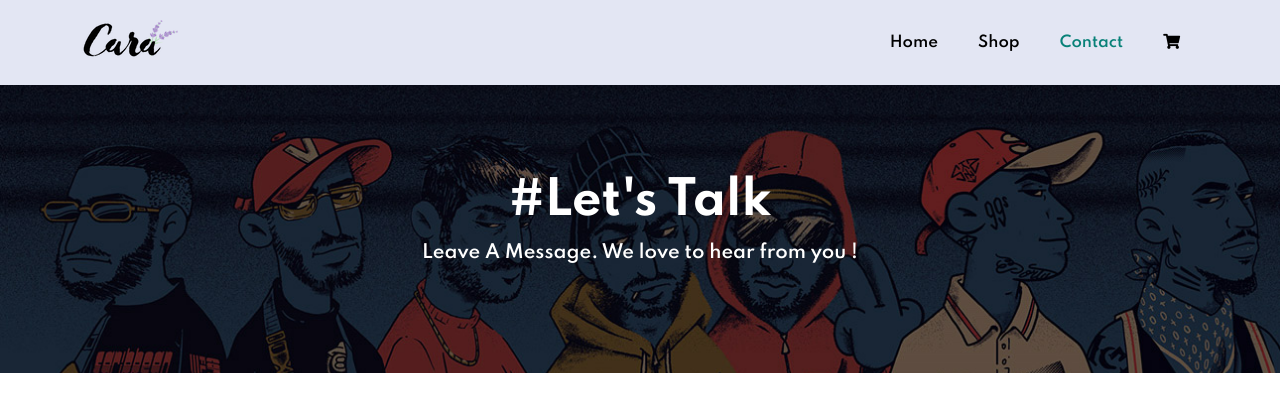
Repository: Daryllgio/E-Commerce-Website-UI
Page: contact.html
The author's editor kept a copy of each file at every save. The page is drawn from the files as they stood at one save, then again after the next save.
The browser window is 1280 px wide. The pictures show the whole page.
Some web libraries are served in a nearby version.

Above is the page before, as saved 2025-01-01 22:10:58.

After the next save:
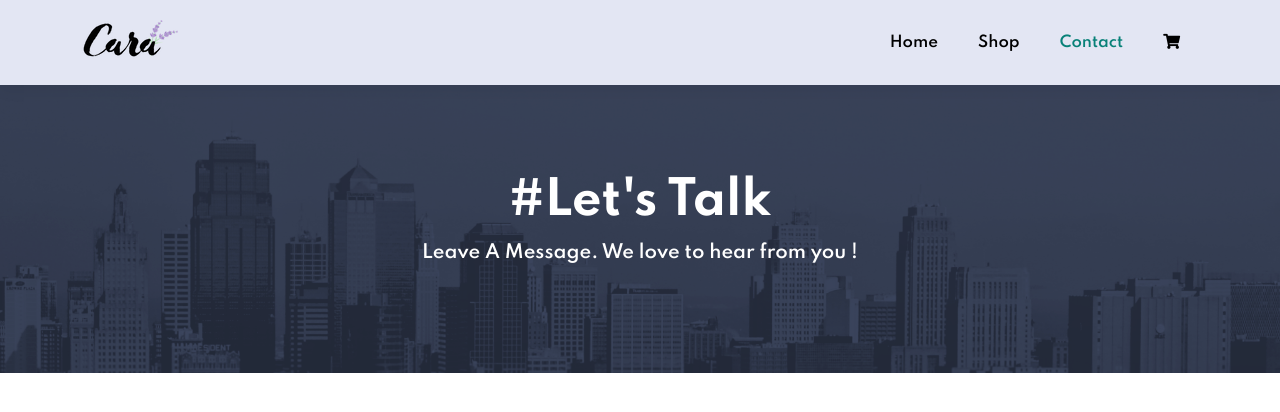
Saved 103 s later.
--- a/style.css
+++ b/style.css
@@ -667,7 +667,7 @@ body {
 }
 
 #ContactPageheader {
-  background-image: url("img/banner/b1.jpg");
+  background-image: url("img/about/banner.png");
   height: 40vh;
   width: 100%;
   background-size: cover;
